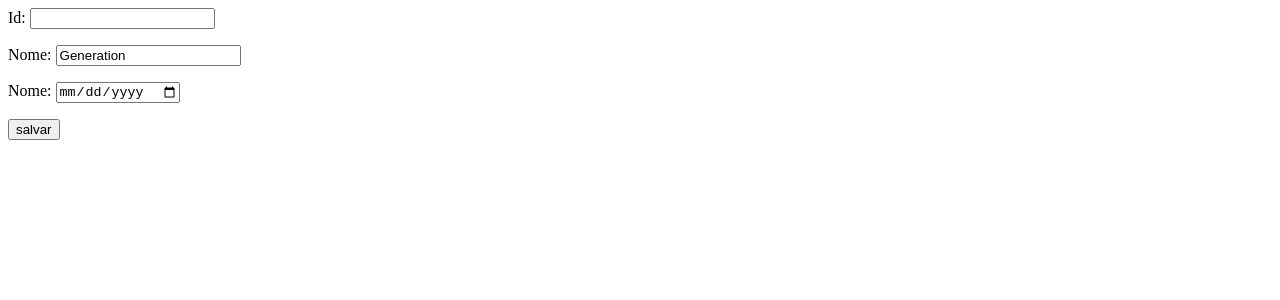
Repository: Andrepeduti/Spring-Tool
Page: workspace-sts-3.9.12.RELEASE/service-api-1-dia/src/main/resources/index.html
An editor plug-in stored every save of this project. The page is shown before and after the next save, followed by the edit.
The browser window is 1280 px wide. The pictures show the whole page.
Some web libraries are served in a nearby version.

Above is the page before, as saved 2020-10-06 12:04:28.

After the next save:
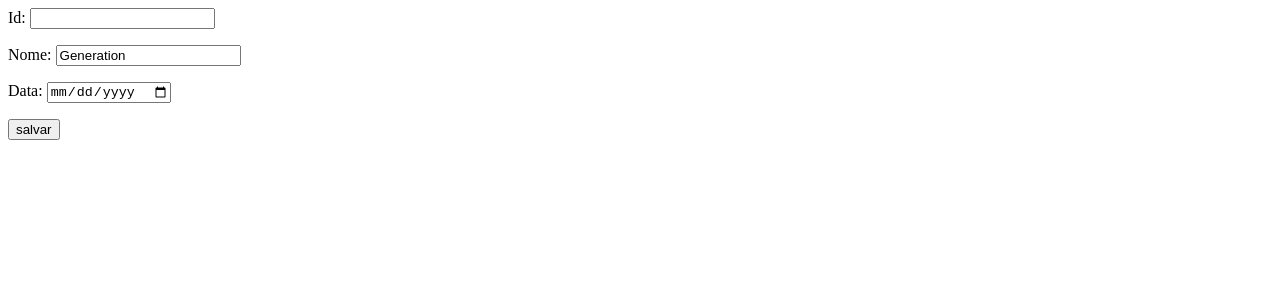
Saved 20 s later.
--- a/workspace-sts-3.9.12.RELEASE/service-api-1-dia/src/main/resources/index.html
+++ b/workspace-sts-3.9.12.RELEASE/service-api-1-dia/src/main/resources/index.html
@@ -11,7 +11,7 @@
 
                 Id: <input type="number" ng-model="id" readonly ></p>
                Nome: <input type="text" ng-model="nome" ></p>
-                 Nome: <input type="date" ng-model="data" ></p>
+                 Data: <input type="date" ng-model="data" ></p>
 
 
                 <button class="btn btn-success mb-4" ng-click="salvar()">salvar</button>
